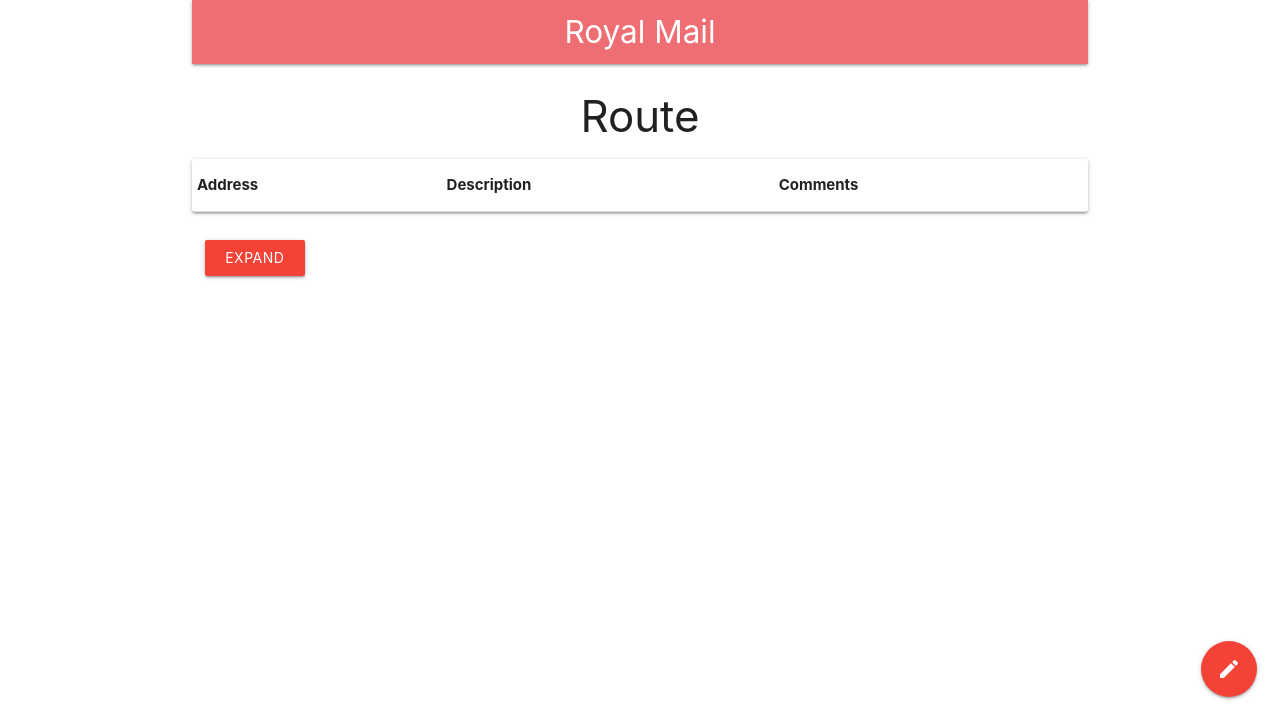
Repository: bandyp/Postal-Reminders
Page: http://localhost/goto_home
The author's editor kept a record of every edit. The page is drawn from the files as they stood at one moment, then again after the next edit.
The browser window is 1280 px wide. The pictures show the whole page.
The page is served by the project's application, run on Flask 3 (app.py). Queries for data that is not in the repository find no rows.

Above is the page before.

### templates/incidents.html
{% extends 'base.html' %}
{% block content %}

<nav>
  <div class="nav-wrapper">
    <a href="#" class="brand-logo center">Royal Mail</a>
  </div>
</nav>

<div class="col s12 m7">
  <h3 class="header center">Route</h3>

  <div class="card vertical">
    <div class="card-image test">
      <table>
        <thead>
          <tr>
            <th>Address</th>
            <th>Description</th>
            <th>Comments</th>
          </tr>
        </thead>

        <tbody>
          {% for incident in incidents %}
          <tr>
            <td>{{incident.number}} {{incident.street_name}} </td>
            <td>{{incident.incident_description}}</td>
            <td>{{incident.comments}}</td>
          </tr>
          {% endfor %}
        </tbody>
      </table>

    </div>
  </div>

    <div class="card-action">
      <a class="waves-effect red waves-light btn" href="{{ url_for('see_route') }}">Expand route</a>
    </div>


</div>

<div class="fixed-action-btn toolbar">
  <a class="btn-floating btn-large red">
      <i class="large material-icons">mode_edit</i>
    </a>
  <ul>
    <li class="waves-effect waves-light red label"><a href="{{ url_for('add_hazard') }}">HAZARD</a></li>
    <li class="waves-effect waves-light teal label"><a href="{{ url_for('add_access') }}">ACCESS</a></li>
    <li class="waves-effect waves-light green label"><a href="{{ url_for('add_request') }}">REQUEST</a></li>
  </ul>
</div>

{% endblock %}

### templates/base.html
<!DOCTYPE html>
<html lang="en">

<head>
    <!-- Required meta tags -->
    <meta charset="utf-8">
    <meta name="viewport" content="width=device-width, initial-scale=1, shrink-to-fit=no">

    <!-- Framework CSS -->
    <link href="https://fonts.googleapis.com/icon?family=Material+Icons" rel="stylesheet">
    <link rel="stylesheet" href="https://cdnjs.cloudflare.com/ajax/libs/materialize/1.0.0/css/materialize.min.css">
    <link rel="stylesheet" href="{{url_for('static', filename='style.css')}}" type="text/css"/>

    <title>Postal</title>
</head>

<body>
    <div class="container">
    {% block content %} {% endblock %}
    </div>

    <script src="https://cdnjs.cloudflare.com/ajax/libs/materialize/1.0.0/js/materialize.min.js"></script>
    <script src="https://code.jquery.com/jquery-3.4.1.min.js" integrity="sha256-CSXorXvZcTkaix6Yvo6HppcZGetbYMGWSFlBw8HfCJo=" crossorigin="anonymous"></script>
  <script>
  document.addEventListener('DOMContentLoaded', function() {
    var elems = document.querySelectorAll('.fixed-action-btn');
    var instances = M.FloatingActionButton.init(elems, {
      toolbarEnabled: true
    });
  });

  document.addEventListener('DOMContentLoaded', function() {
    var elems = document.querySelectorAll('select');
    var instances = M.FormSelect.init(elems);
  });

  document.addEventListener('DOMContentLoaded', function() {
    var elems = document.querySelectorAll('.datepicker');
    var instances = M.Datepicker.init(elems);
  });

  </script>
</body>

</html>

### app.py
import os
from flask import Flask, render_template, redirect, request, url_for
from flask_pymongo import PyMongo
from bson.objectid import ObjectId

app = Flask(__name__)
app.config["MONGO_DBNAME"] = 'route_reminders'
app.config["MONGO_URI"] = 'mongodb+srv://bandyp:Ema1LandreW@myfirstcluster-ehsli.mongodb.net/route_reminders?retryWrites=true&w=majority'

mongo = PyMongo(app)

@app.route('/')
@app.route('/reminders')
def reminders():
    return render_template("login.html", logins=mongo.db.logins.find())

@app.route('/insert_login', methods=['POST'])
def insert_login():
    logins = mongo.db.logins
    logins.insert_one(request.form.to_dict())
    return redirect(url_for('get_incidents'))

@app.route('/get_incidents')
def get_incidents():
    return render_template("incidents.html", incidents=mongo.db.incidents.find(), logins=mongo.db.logins.find())

@app.route('/insert_hazard', methods=['POST'])
def insert_hazard():
    incidents = mongo.db.incidents
    incidents.insert_one(request.form.to_dict())
    return redirect(url_for('get_incidents'))

@app.route('/goto_home')
def goto_home():
    return render_template("incidents.html", incidents=mongo.db.incidents.find(), logins=mongo.db.logins.find())

@app.route('/add_hazard')
def add_hazard():
    return render_template("addhazard.html")

@app.route('/add_access')
def add_access():
    return render_template("addaccess.html")

@app.route('/add_request')
def add_request():
    return render_template("addrequest.html")

@app.route('/edit_incident/<incident_id>')
def edit_incident(incident_id):
    the_incident =  mongo.db.incidents.find_one({"_id": ObjectId(incident_id)})
    return render_template('editincident.html', incident=the_incident)

@app.route('/delete_incident/<incident_id>')
def delete_incident(incident_id):
    mongo.db.incidents.remove({'_id': ObjectId(incident_id)})
    return redirect(url_for('get_incidents'))

@app.route('/see_route')
def see_route():
    return render_template("route.html", incidents=mongo.db.incidents.find(), logins=mongo.db.logins.find())




if __name__ == '__main__':
    app.run(host=os.environ.get('IP'),
            port=int(os.environ.get('PORT')),
            debug=True)

### static/style.css

/* to allow for footer */
body {
    display: flex;
    min-height: 100vh;
    flex-direction: column;
}

/* to allow for footer */
main {
    flex: 1 0 auto;
}

/* raised main page to be higher above footer */
.page {
    margin-bottom: 10vh;
}

/* to make all buttons consistent */
.btn {
     margin:1vw;
     width: 100px;
}

/* elements of footer */
footer {
    position: fixed;
    bottom: 0;
    left: 0;
    width: 100%;
    z-index: +1000;
}

/* raise the button to be higher than the footer */
.incident_button {
    margin-bottom: 8vh;
}

After the next edit:
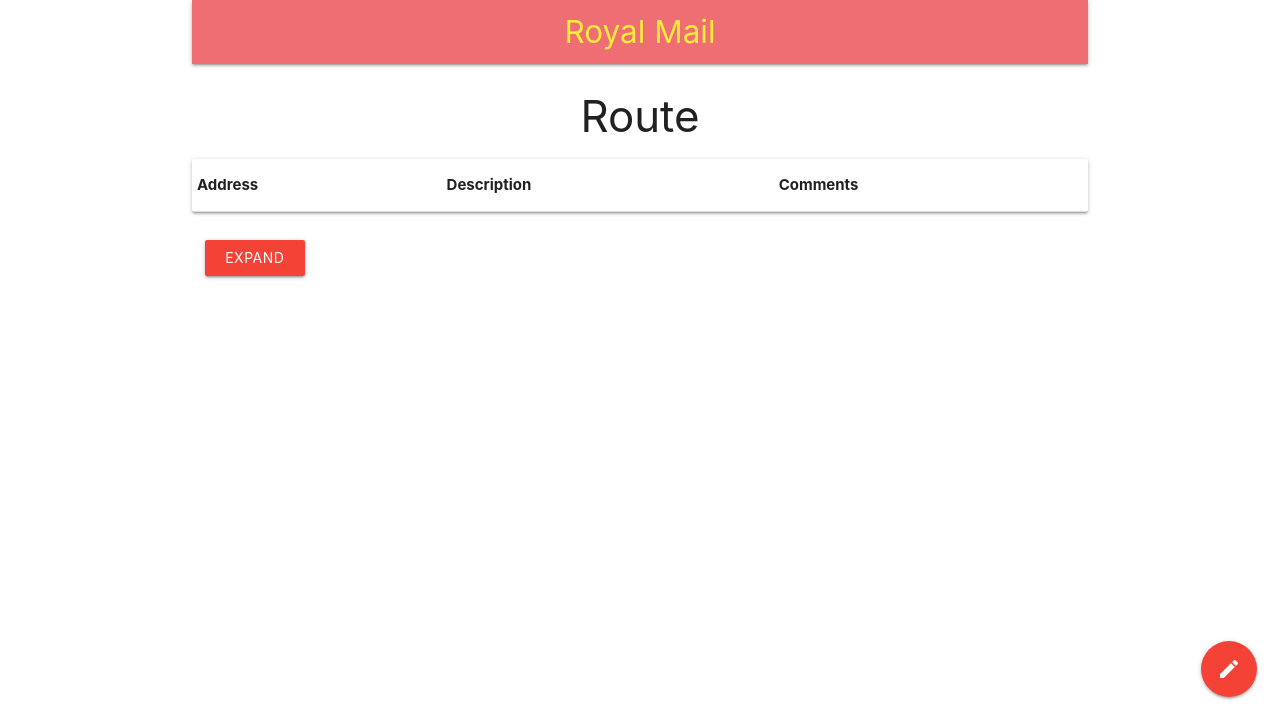
The edit:
--- a/templates/incidents.html
+++ b/templates/incidents.html
@@ -3,7 +3,7 @@
 
 <nav>
   <div class="nav-wrapper">
-    <a href="#" class="brand-logo center">Royal Mail</a>
+    <a href="#" class="brand-logo yellow-text center">Royal Mail</a>
   </div>
 </nav>
 
